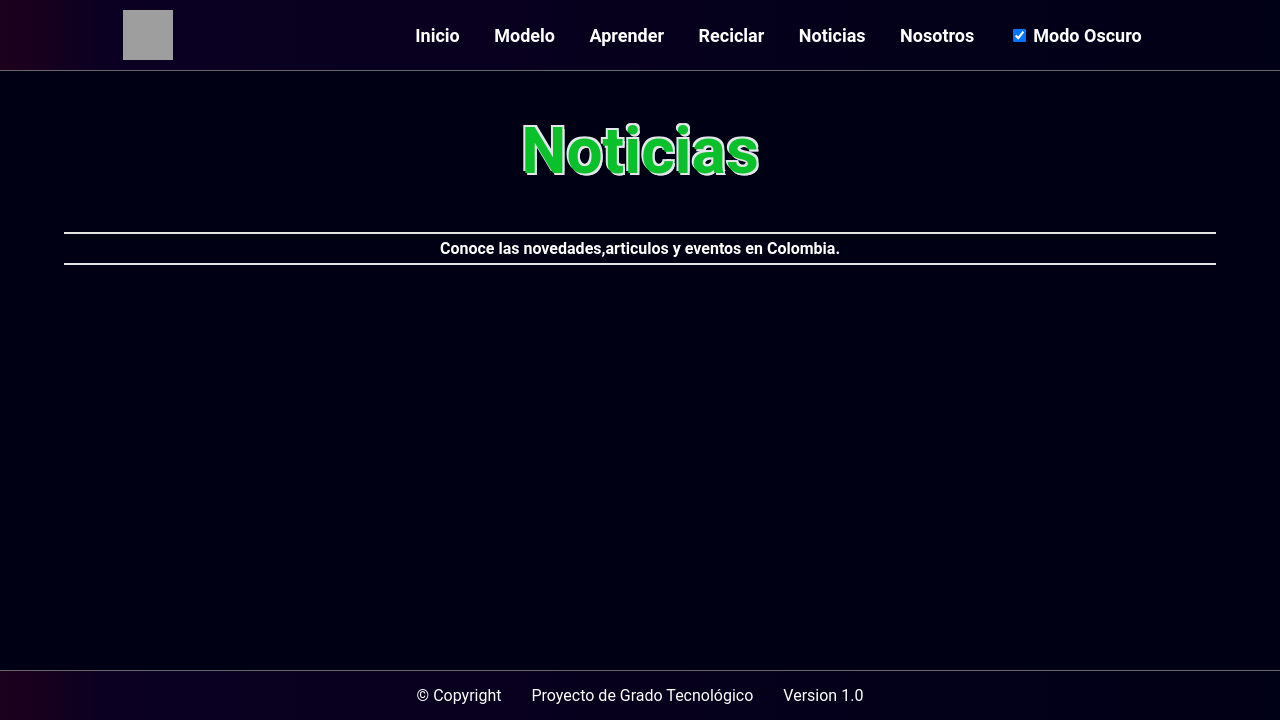
Repository: castecabas/Recicladora
Page: http://localhost/news
An editor plug-in stored every save of this project. The page is shown before and after the next save, followed by the edit.
The browser window is 1280 px wide. The pictures show the whole page.
After loading, the first visible `#darkModeToggle` was changed once.
Pictures or frames that could not be fetched are drawn as grey boxes. The page is served by the project's application, run on Flask 3 (src/index.py).

Above is the page before, as saved 2025-01-03 17:53:41.

After the next save:
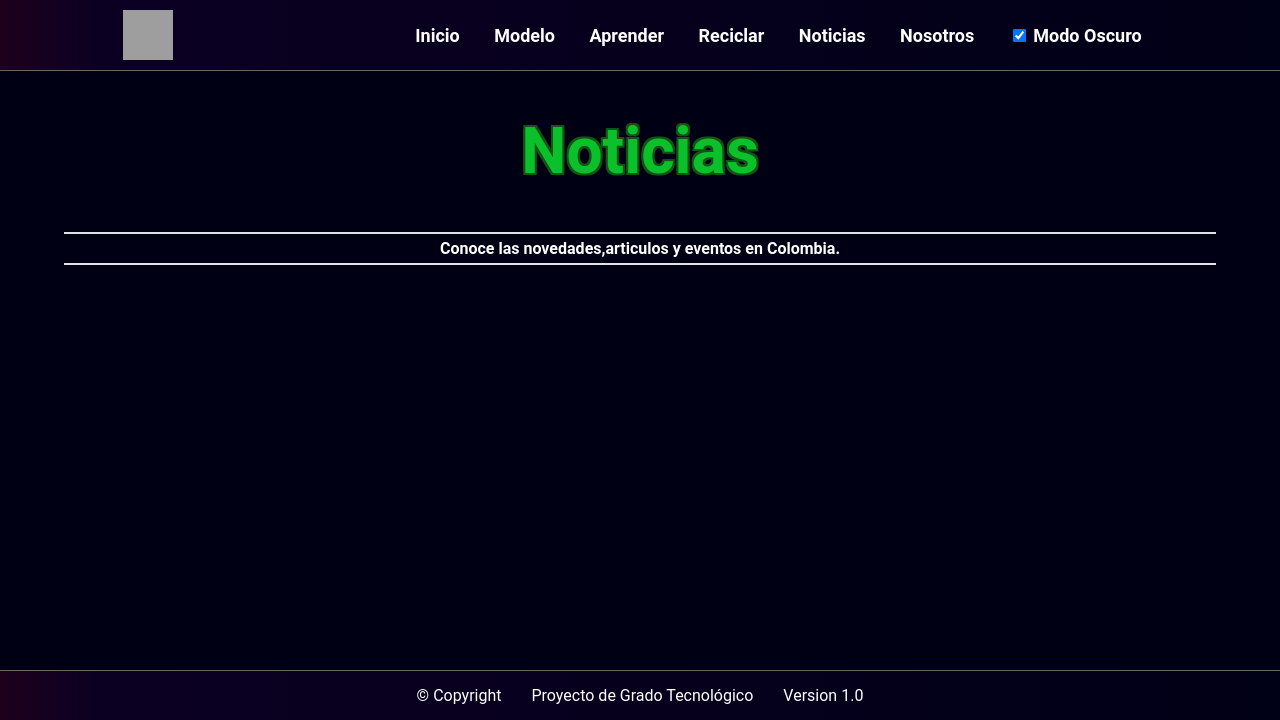
Saved 8 s later.
--- a/src/static/css/news.css
+++ b/src/static/css/news.css
@@ -120,8 +120,8 @@ body.dark-mode {
 }
 
 body.dark-mode .main-div h1 {
-  text-shadow: -2px -2px 0 #e3e7eb, 2px 2px 0 #e3e7eb, 2px -2px 0 #e3e7eb,
-    2px 2px 0 #e3e7eb;
+  text-shadow: -2px -2px 0 var(--verde-900), -2px 2px 0 var(--verde-900), 2px -2px 0 var(--verde-900),
+    2px 2px 0 var(--verde-900);
 }
 
 body.dark-mode .main-div span {
